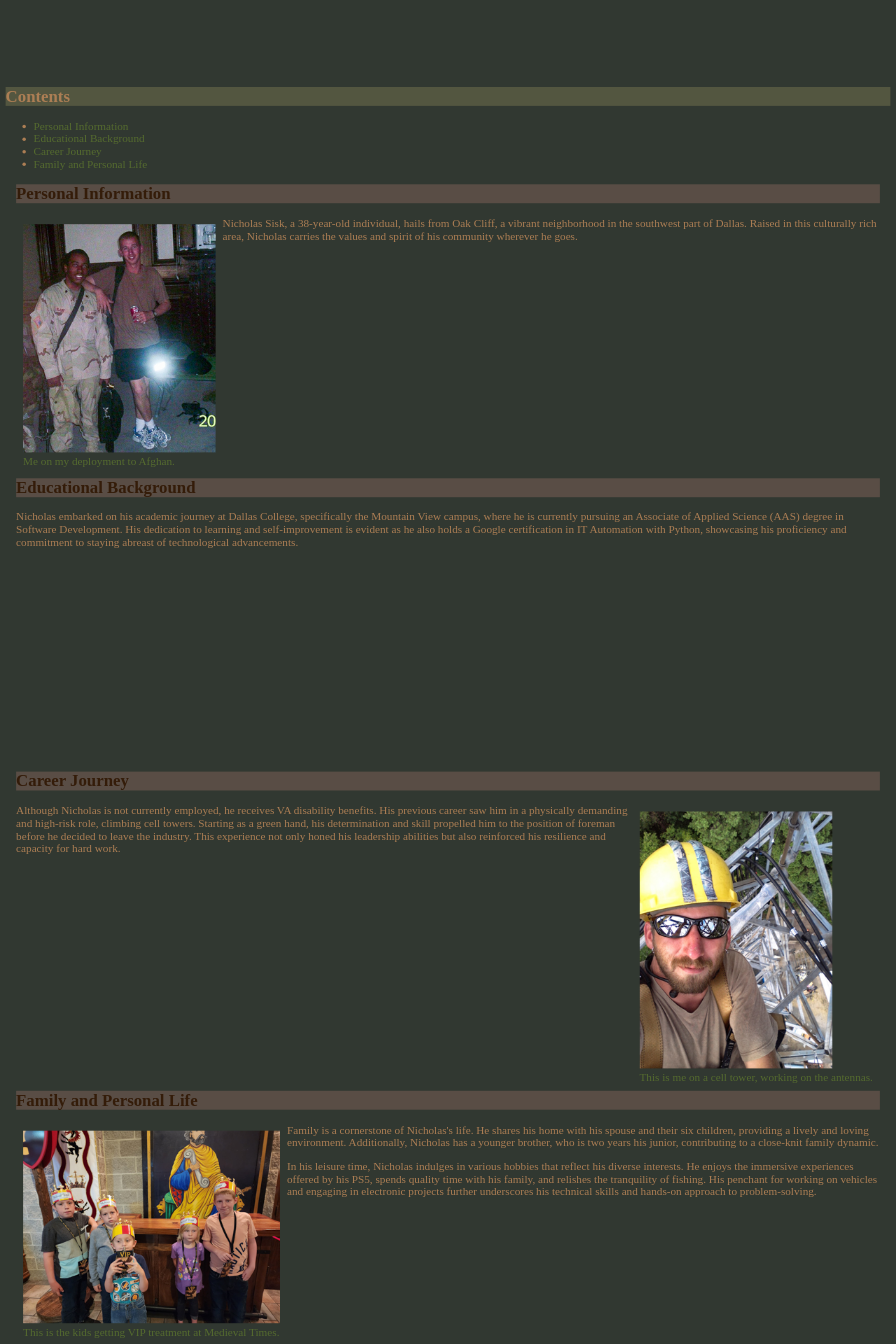
Repository: nsisk1/web-page-project
Page: index.html
The author's editor kept a copy of each file at every save. The page is drawn from the files as they stood at one save, then again after a run of saves.
The browser window is 1280 px wide. The pictures show the part of the page from y = 316 to 2236 px (the page is 4053 px tall before and 4071 px after), at 70% of full size.

Above is the page before, as saved 2024-07-31 23:01:05.

### index.html
<!DOCTYPE html>
<html lang="en">
    <head>
        <link rel="stylesheet" href="css/style.css">
        <link rel="stylesheet" href="css/layout.css">
        <meta charset="UTF-8">
        <meta name="viewport" content="width=device-width, initial-scale=1.0">
        <title>About Nicholas Sisk</title>
    </head>
    <body>
        <article class="art">
            <h1>
                About Nicholas Sisk
            </h1>
            <figure>
                <nav class="topnav">
                    <a class="active" href="index.html">Home</a>
                    <a href="about.html">About</a>
                    <a href="faq.html">FAQ</a>
                    <a href="team.html">Our Team</a>
                    <a href="contact-us.html">Contact</a>
                </nav>
            </figure>
        </article>
        <aside>
    <h1>Contents</h1>
    <ul class="content-links">
        <li><a href="#section1">Personal Information</a></li>
        <li><a href="#section2">Educational Background</a></li>
        <li><a href="section3">Career Journey</a></li>
        <li><a href="section4">Family and Personal Life</a></li>

    </ul>
</aside>

        <article class="art">
            <h2>Personal Information</h2>
            <figure class="image">
                <a href="images/afghan-lg.jpg">
                    <img src="images/afghan-thumbnail.jpg" alt="Me on the right, and my best friend on the left.">
                    <figcaption>Me on my deployment to Afghan.</figcaption>
                </a>
            </figure>
            <div class="clear"></div>
            <p>
                Nicholas Sisk, a 38-year-old individual, hails from Oak Cliff, a
                vibrant neighborhood in the southwest part
                of Dallas. Raised in this culturally rich area, Nicholas carries
                the values and spirit of his community
                wherever he goes.
            </p>
        </article>
        <div class="clear"></div>
        <article class="art">
            <h2>Educational Background</h2>
            <p>
                Nicholas embarked on his academic journey at Dallas College,
                specifically the Mountain View campus, where he
                is currently pursuing an Associate of Applied Science (AAS)
                degree in Software Development. His dedication
                to learning and self-improvement is evident as he also holds a
                Google certification in IT Automation with
                Python, showcasing his proficiency and commitment to staying
                abreast of technological advancements.
            </p>
        </article>
        <article class="art">
            <h2>Career Journey</h2>
            <figure class="image">
                <a href="images/tower-lg.jpg">
                    <img src="images/tower-thumbnail.jpg" alt="Me on  cell tower">
                    <figcaption>
                        This is me on a cell tower, working on the antennas.
                    </figcaption>
                </a>
            </figure>
            <div class="clear"></div>
            <p>
                Although Nicholas is not currently employed, he receives VA
                disability benefits. His previous career saw him
                in a physically demanding and high-risk role, climbing cell
                towers. Starting as a green hand, his
                determination and skill propelled him to the position of foreman
                before he decided to leave the industry.
                This experience not only honed his leadership abilities but also
                reinforced his resilience and capacity for
                hard work.
            </p>
        </article>
        <article class="art">
            <h2>Family and Personal Life</h2>
            <figure class="image">
                <a href="images/kids-lg.jpg">
                    <img src="images/kids-thumbnail.jpg" alt="kids at Medieval Times">
                    <figcaption> This is the kids getting VIP treatment at Medieval Times.</figcaption>
                </a>
            </figure>
            <p>
                Family is a cornerstone of Nicholas's life. He shares his home
                with his spouse and their six children,
                providing a lively and loving environment. Additionally,
                Nicholas has a younger brother, who is two years
                his junior, contributing to a close-knit family dynamic.
            </p>
            <p>
                In his leisure time, Nicholas indulges in various hobbies that
                reflect his diverse interests. He enjoys the
                immersive experiences offered by his PS5, spends quality time
                with his family, and relishes the tranquility
                of fishing. His penchant for working on vehicles and engaging in
                electronic projects further underscores his
                technical skills and hands-on approach to problem-solving.
            </p>
        </article>
        <article class="art">
            <h2>Achievements</h2>
            <p>
                One of Nicholas's notable achievements is earning the Google
                certification for IT Automation with Python.
                This certification not only validates his technical expertise
                but also aligns with his career aspirations in
                the field of software development.
            </p>
        </article>
        <article class="art">
            <h2>Future Aspirations</h2>
            <figure class="image">
                <a href="images/nofear-lg.jpg">
                    <img src="images/fear-thumbnail.jpg" alt="Fear is the only thing that can stop you">
                    <figcaption>
                        Fear is the only thing that can stop you.
                    </figcaption>
                </a>
            </figure>
            <p>
                Looking ahead, Nicholas is determined to leverage his education
                and skills to secure a position in the
                software development industry. His goal is to apply his
                knowledge and passion for technology to make
                meaningful contributions to the field, ultimately building a
                successful career.
            </p>
        </article>
        <article class="art">
            <h2>Personal Philosophy and Unique Traits</h2>
            <p>
                A defining trait of Nicholas's character is his unwavering
                determination. He embodies the principle of never
                giving up, regardless of the challenges he faces. This
                resilience is complemented by his belief in the power
                of confidence, inspired by Packnett's assertion that confidence
                is the precursor to success in all
                endeavors.
            </p>
            <p>
                Nicholas is also guided by the inspirational words of Jack
                Canfield: "Everything you want is on the other
                side of fear." This quote resonates deeply with him, serving as
                a constant reminder to push through fears
                and obstacles to achieve his dreams.
            </p>
        </article>
        <article class="art">
            <h2>Conclusion</h2>
            <p>
                Nicholas Sisk is a dedicated and resilient individual with a
                rich personal and professional background. His
                journey from Oak Cliff to pursuing a career in software
                development, combined with his family values and
                personal philosophy, paints a picture of a man committed to
                growth, learning, and making a positive impact
                in his field. With his never-give-up attitude and a clear vision
                for the future, Nicholas is poised to
                achieve his goals and inspire those around him.
            </p>
        </article>
        <footer position="absolute">
            <a href="https://www.dallascollege.edu" target="blank">DallasCollegeHomepage</a>
            <a href="contact-us.html" target="blank">
                Contact Us
            </a>
            <a href="mailto:nsisk1@student.dallascollege.edu">Webmaster</a>
        </footer>
    </body>
</html>

### css/style.css
body {
    background-color: #313831;
    color: #ac7e54
}

h1 {
    background-color: #535640;
    color: #ac7e54;
}

h2 {
    background-color: #594d45;
    color: #341c09;


    form {
        width: 250px;
        text-align: center;
    }
}

footer {
    color: blue;

}

a:link {
    color: darkolivegreen;
    background-color: transparent;
    text-decoration: none;
}

a:visited {
    color: #655949;
    background-color: transparent;
    text-decoration: none;
}

a:hover {
    color: #5c5c5b;
    background-color: transparent;
    text-decoration: underline;
}

a:active {
    color: #5c5c5b;
    background-color: transparent;
    text-decoration: underline;
}

### css/layout.css
.topnav {
    background-color: #867768;
    overflow: hidden;
}

.topnav a {
    float: left;
    color: #64674a;
    text-align: center;
    padding: 14px 16px;
    text-decoration: none;
    font-size: 17px;
}

.topnav a:hover {
    background-color: #584240;
    color: black;
}

.topnav a.active {
    background-color: #64674a;
    color: #3f4129;
}

.image {
    box-sizing: content-box;
    padding: 5px;
    margin: 5px;
    float: left;
    height: auto;
    width: auto;
    display: block;
    clear: both;
}

.art {
    box-sizing: border-box;
    height: 400px;
    width: auto;
    margin: 15px;
    clear: both;
}

article:nth-child(even)>figure {
    float: right;
}



.row {
    display: flex;
    flex-direction: row;
    justify-content: flex-start;
    align-items: flex-start;
    align-content: flex-start;
}

.column {
    flex: 0 1 auto;
    width: 250px;
    border: #584240 solid;
    align-self: auto;
}
.column>img {
    width: 240px;
}

.aside {
    display: grid;
}

After the next 9 saves:
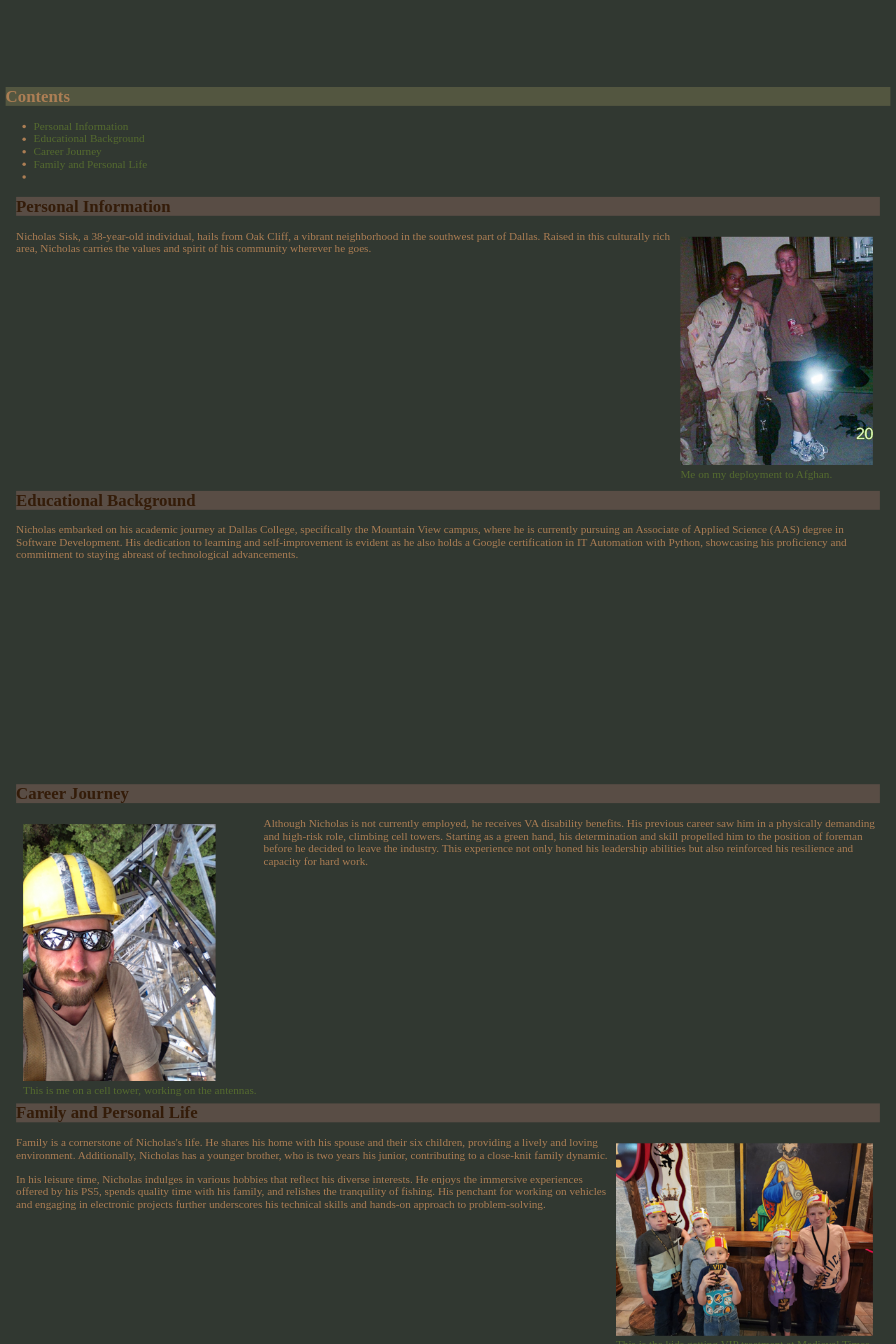
The 9 saves are shown as one change because they came seconds apart.
The last was saved 29 s later.
--- a/index.html
+++ b/index.html
@@ -29,7 +29,7 @@
         <li><a href="#section2">Educational Background</a></li>
         <li><a href="section3">Career Journey</a></li>
         <li><a href="section4">Family and Personal Life</a></li>
-
+        <li><a href="section5"</li>
     </ul>
 </aside>
 
